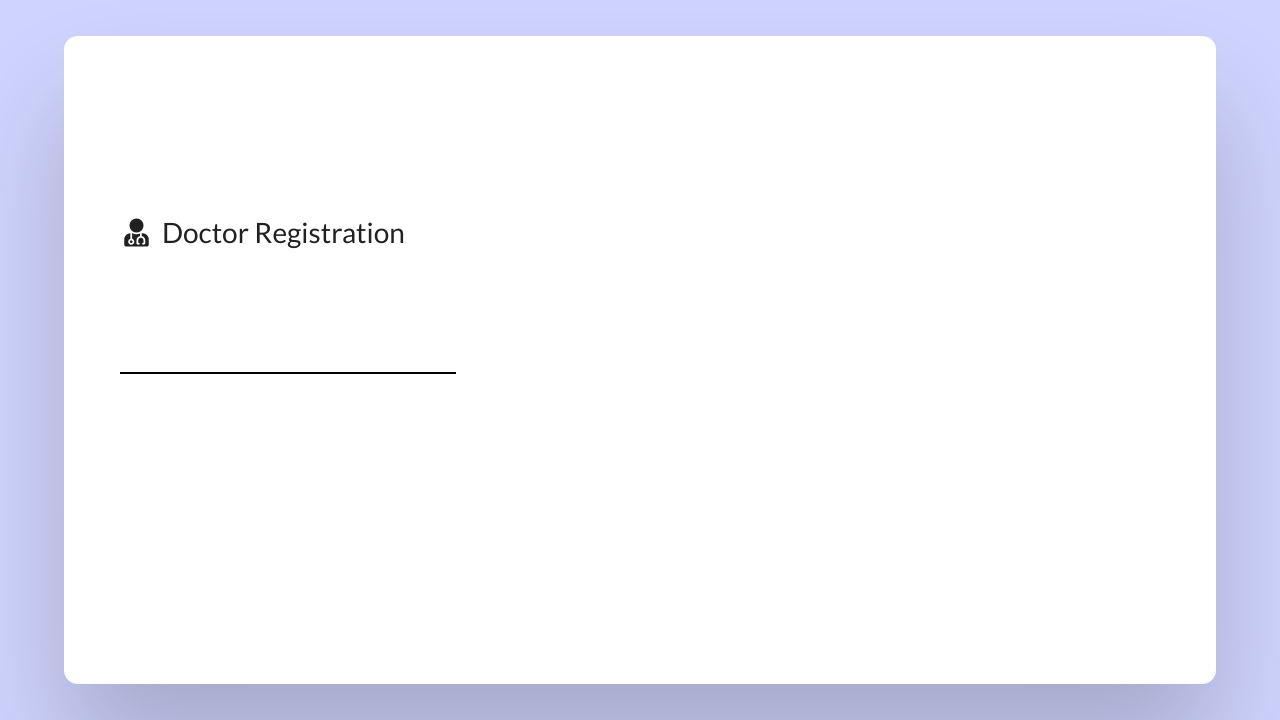
Repository: ajayaj2001/healthcare-digitization
Page: /doctorForm
An editor plug-in stored every save of this project. The page is shown before and after the next save, followed by the edit.
The browser window is 1280 px wide. The pictures show the whole page.
The project was rebuilt for these pictures with package versions that can differ from the ones it lists, and the page was loaded fresh each time. Also part of the build but not shown: src/component/userType/UserType.scss, src/component/userType/UserType.js, src/component/login/Login.scss, src/component/login/loginForm/LoginForm.scss, src/component/login/loginForm/LoginForm.js, src/component/login/Login.js, src/component/register/Register.scss, src/component/register/registerForm/RegisterForm.scss and 2 more.

Above is the page before, as saved 2021-03-13 10:41:48.

### public/index.html
<!DOCTYPE html>
<html lang="en">

<head>
  <meta charset="utf-8" />
  <meta name="viewport" content="width=device-width, initial-scale=1" />
  <meta name="theme-color" content="#000000" />
  <meta name="description" content="Web site created using create-react-app" />
  <link rel="stylesheet" href="https://fonts.googleapis.com/css?family=Roboto:300,400,500,700&display=swap" />
  <link rel="stylesheet" href="https://fonts.googleapis.com/icon?family=Material+Icons" />

  <!--
      manifest.json provides metadata used when your web app is installed on a
      user's mobile device or desktop. See https://developers.google.com/web/fundamentals/web-app-manifest/
    -->
  <!-- <link rel="manifest" href="%PUBLIC_URL%/manifest.json" /> -->
  <!--
      Notice the use of %PUBLIC_URL% in the tags above.
      It will be replaced with the URL of the `public` folder during the build.
      Only files inside the `public` folder can be referenced from the HTML.

      Unlike "/favicon.ico" or "favicon.ico", "%PUBLIC_URL%/favicon.ico" will
      work correctly both with client-side routing and a non-root public URL.
      Learn how to configure a non-root public URL by running `npm run build`.
    -->
  <title>medical</title>
</head>

<body>
  <noscript>You need to enable JavaScript to run this app.</noscript>
  <div id="root"></div>
  <!--
      This HTML file is a template.
      If you open it directly in the browser, you will see an empty page.

      You can add webfonts, meta tags, or analytics to this file.
      The build step will place the bundled scripts into the <body> tag.

      To begin the development, run `npm start` or `yarn start`.
      To create a production bundle, use `npm run build` or `yarn build`.
    -->
</body>

</html>

### src/index.js
import React from 'react';
import ReactDOM from 'react-dom';
import './index.scss';
import App from './component/app/App';
import 'semantic-ui-css/semantic.min.css'


ReactDOM.render(
  // <React.StrictMode>
    <App />
  // </React.StrictMode>
  ,
  document.getElementById('root')
);

### src/index.scss
code {
  font-family: source-code-pro, Menlo, Monaco, Consolas, "Courier New", monospace;
}
@mixin respond($breakpoint) {
  @if $breakpoint == phone {
    @media (max-width: 37.5em) {
      @content;
    }
  }

  @if $breakpoint == tab-land {
    @media (max-width: 75em) {
      @content;
    }
  }
  @if $breakpoint == tab-port {
    @media (max-width: 56.25em) {
      @content;
    }
  }
  @if $breakpoint == big-desktop {
    @media (min-width: 112.5em) {
      @content;
    }
  }
}

*,
*::after,
*::before {
  margin: 0;
  padding: 0;
  box-sizing: inherit;
}
body {
  font-family: "Lato", sans-serif;
  font-weight: 400;
  font-size: 16px;
  line-height: 1.7;
  color: #777;
  //padding: 30px;
  box-sizing: border-box;
  @include respond(tab-port) {
    padding: 0;
  }
}

html {
  font-size: 62.5%; //1rem=10px 10px/16px=62.5%
  @include respond(tab-land) {
    //width <1200
    font-size: 56.25%; //1rem=9px
  }
  @include respond(tab-port) {
    //<width <900
    font-size: 50%; //1rem=8px
  }
  // @include respond(phone) {
  //     //<width<600
  //     font-size: 40%; //1rem=4.8px
  // }
  @include respond(big-desktop) {
    //>1200
    font-size: 75%; //1rem=12
  }
}

### src/component/app/App.js
import './App.scss';

import UserType from "../userType/UserType";
import Login from '../login/Login';
import Register from '../register/Register';
import { BrowserRouter as Router,Route,Switch } from 'react-router-dom';
import DoctorForm from '../doctorForm/DoctorForm';

function App() {
  return (
    <Router>
       <Switch>
          <Route path="/login">
           <Login/>
          </Route>
          <Route path="/register">
           <Register/>
          </Route>
          <Route path="/doctorForm">
            <DoctorForm/>
          </Route>
          <Route path="/">
            <UserType/>
          </Route>

        </Switch>
    {/* <div className="App">
    </div> */}
    </Router>
  );
}

export default App;

### src/component/doctorForm/DoctorForm.js
import React from 'react'
import './DoctorForm.scss'
import { Form, Input, TextArea, Button, Select, Icon } from 'semantic-ui-react'

const DoctorForm = () => {
    return (
        <div className="doctorForm__container">
            <div className="doctorForm__main">
                <div className="doctorForm__heading"><Icon name="user doctor"/> Doctor Registration</div>
            </div>
        </div>
    )
}

export default DoctorForm

### src/component/doctorForm/DoctorForm.scss
.doctorForm{
    &__container{
        margin: 0;
        background-color: #cfd4fe;
        height: 100vh;
        display: flex;
        justify-content: center;
        align-items: center;
    }
    &__main{
        background-color: white;
        width: 90%;
        height: 90%;
        border-radius: 1rem;
        align-items: center;
        overflow: hidden;
        box-shadow: 0 5rem 8rem rgba(black, 0.2);
    }
   &__heading{
       font-size: 2rem;
       margin: 4rem 0rem 0rem 4rem;
       line-height: 20rem;
       border-bottom: .2rem solid black;
       width: 24rem;
   }
}

Loaded but not shown: src/component/app/App.scss (no stored copy; drawn as an empty file)

After the next save:
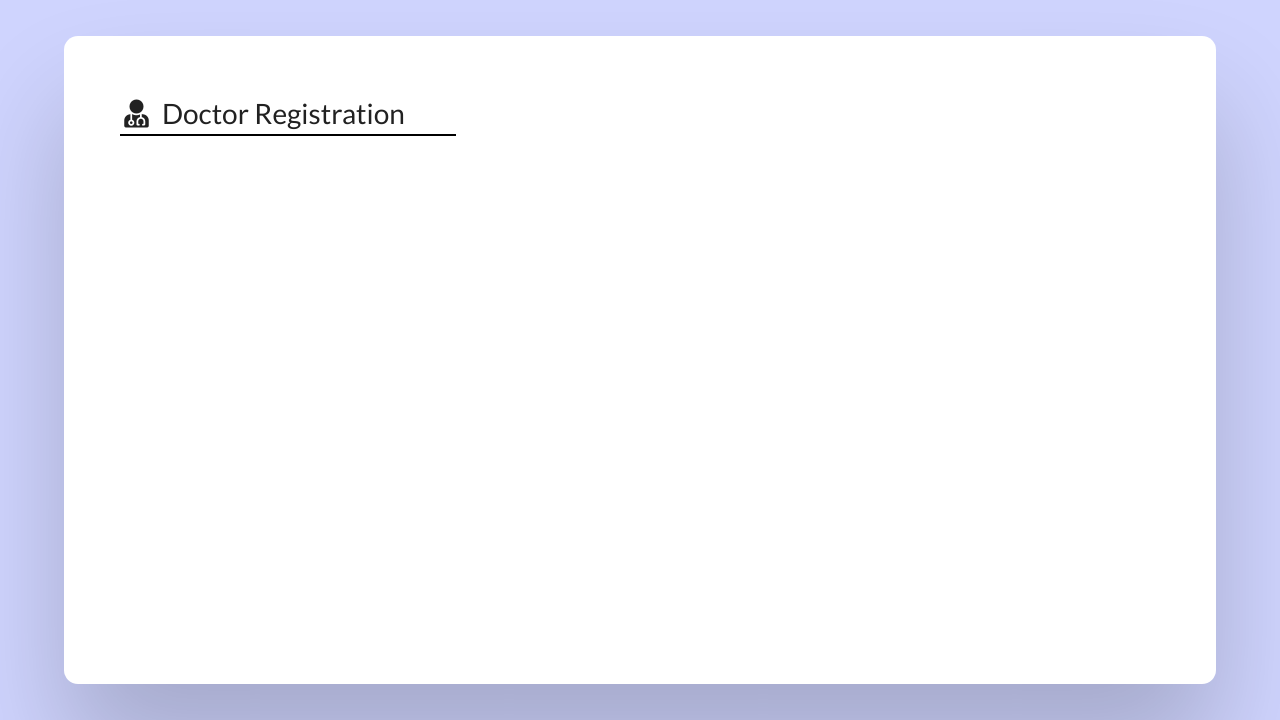
Saved 6 s later.
--- a/src/component/doctorForm/DoctorForm.scss
+++ b/src/component/doctorForm/DoctorForm.scss
@@ -19,7 +19,7 @@
    &__heading{
        font-size: 2rem;
        margin: 4rem 0rem 0rem 4rem;
-       line-height: 20rem;
+       line-height: 3rem;
        border-bottom: .2rem solid black;
        width: 24rem;
    }
